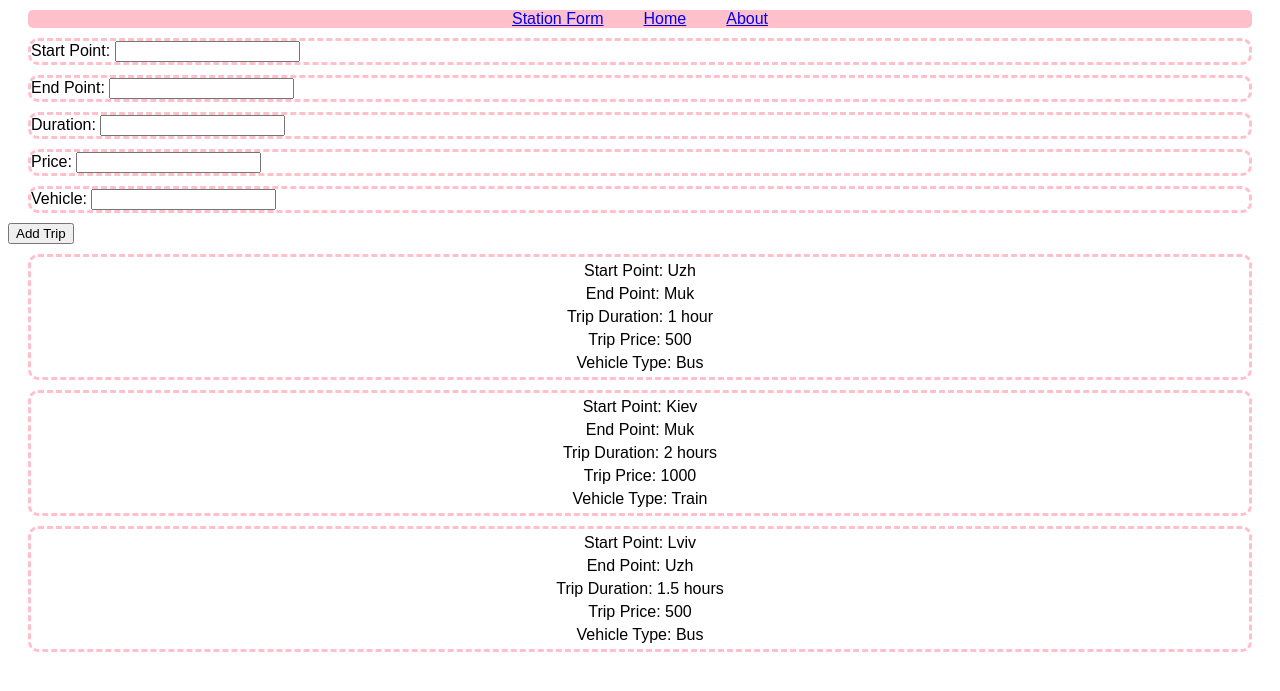
Repository: rutsguifd/mkr2
Page: /#/station-form
The author's editor kept a copy of each file at every save. The page is drawn from the files as they stood at one save, then again after the next save.
The browser window is 1280 px wide. The pictures show the whole page.
The project was rebuilt for these pictures with package versions that can differ from the ones it lists, and the page was loaded fresh each time. Also part of the build but not shown: src/views/Home.vue, src/views/About.vue.

Above is the page before, as saved 2021-12-21 20:34:35.

After the next save:
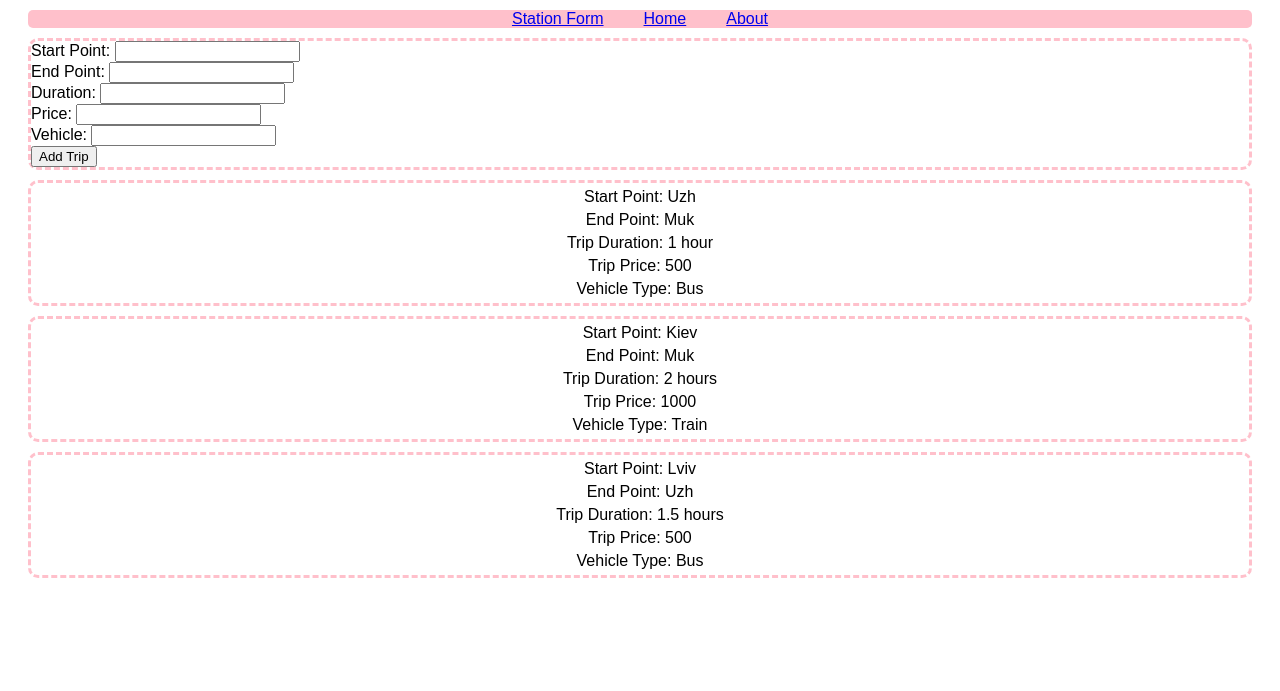
Saved 12 s later.
--- a/src/components/AddTrip.vue
+++ b/src/components/AddTrip.vue
@@ -69,10 +69,10 @@ export default {
 
 <style lang="scss" scoped>
 .add {
-  div {
     border: 3px dashed pink;
     border-radius: 10px;
     margin: 10px 20px;
+  div {
     label {
       margin: 10px 0px;
     }
